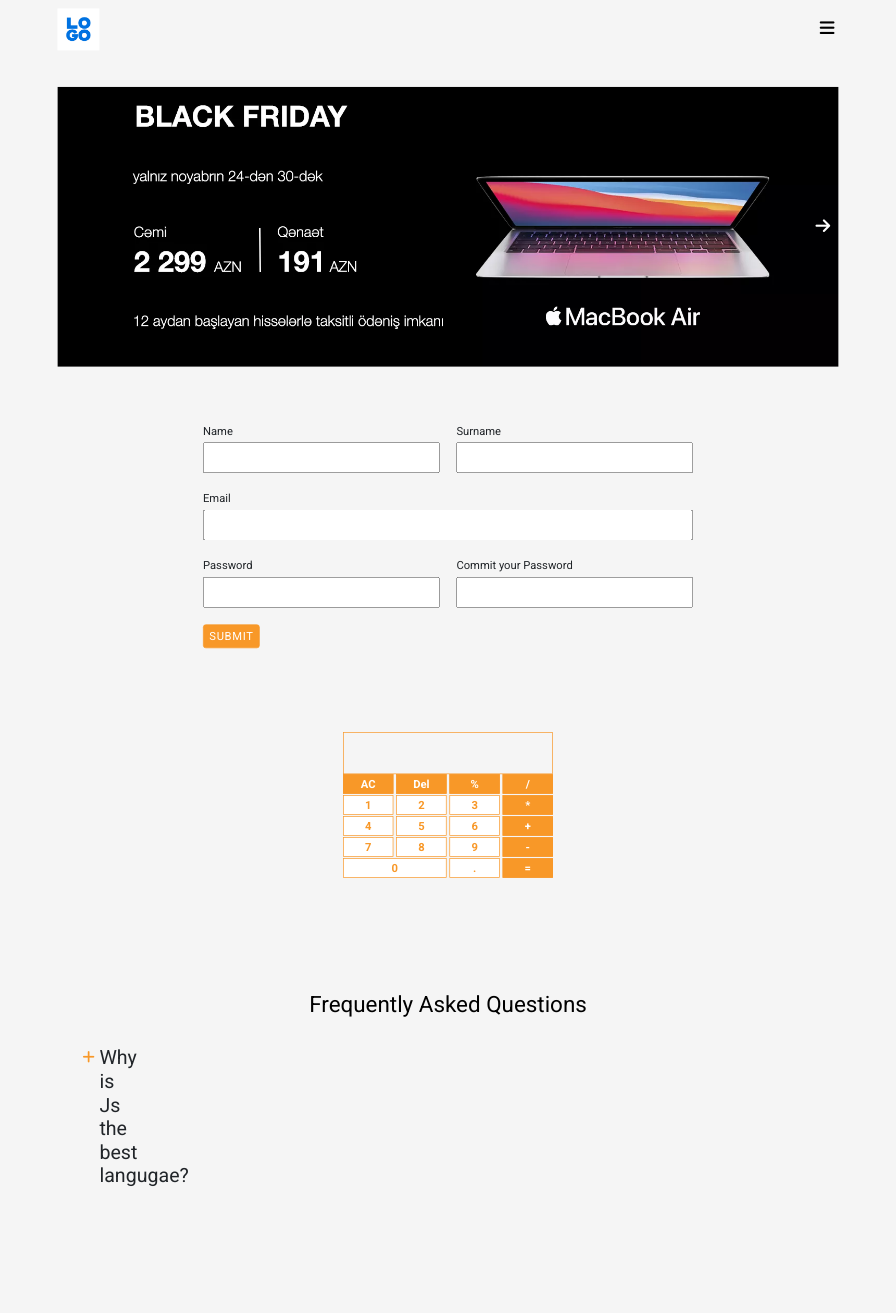
Repository: RamalYusifov7/Custom-components--Core-JavaScript
Page: index.html
These files come from the project's save history. The page is drawn as it stood at one moment and after the next save; the edit follows.
The browser window is 1280 px wide. The pictures show the whole page, at 70% of full size.

Above is the page before, as saved 2023-01-09 12:10:21.

After the next save:
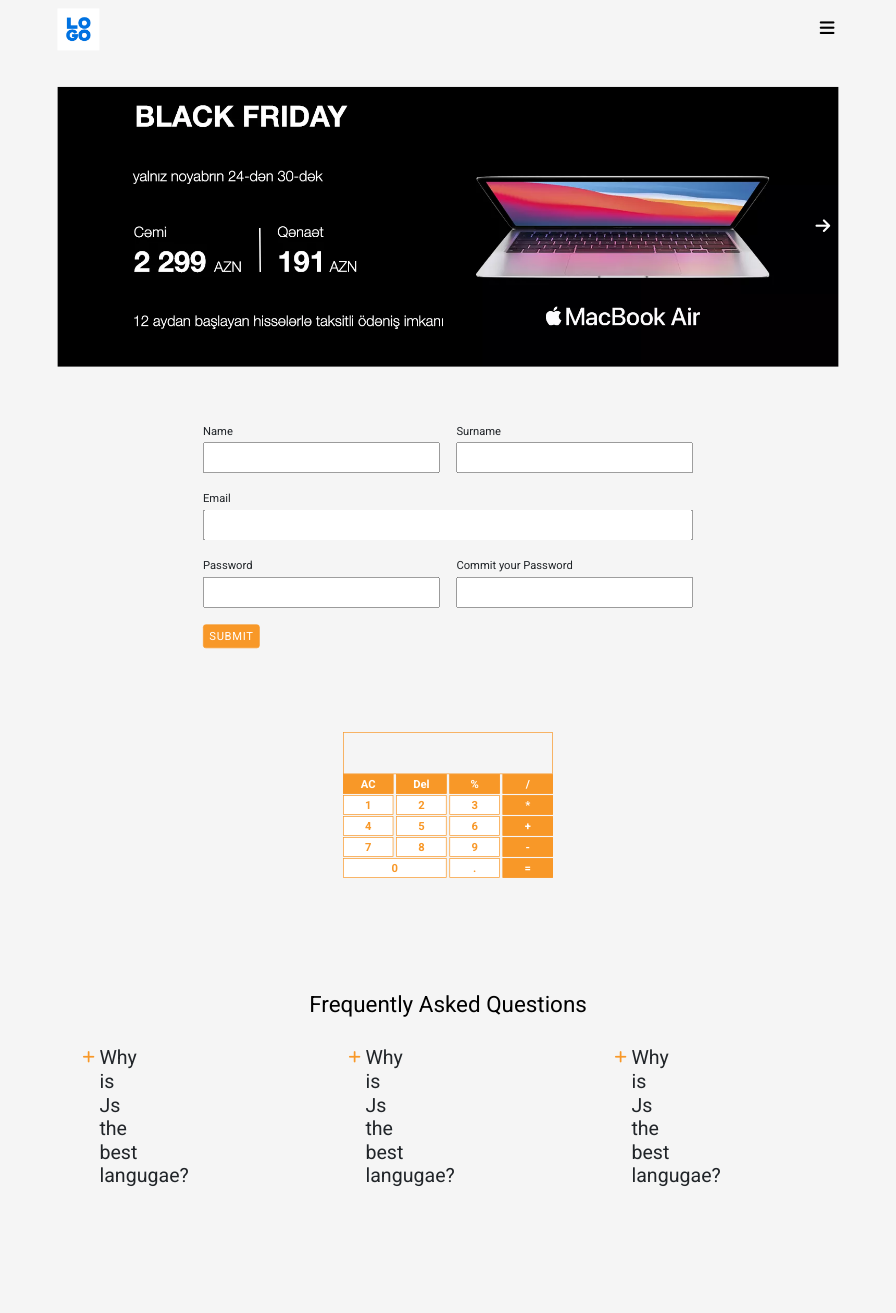
Saved 7 s later.
--- a/index.html
+++ b/index.html
@@ -256,6 +256,48 @@
             </div>
           </div>
         </div>
+        <div class="col-12 col-sm-6 col-lg-4">
+          <div class="single-accordion">
+            <div class="accordion">
+              <div class="accordion-left">
+                <button class="accordion-btn" >
+                   <span class="plus-icon"><i class="fa-solid fa-plus"></i></span>
+                   <span class="minus-icon"><i class="fa-solid fa-minus"></i></span>
+                </button>
+              </div>
+              <div class="accordion-right">
+                <h3 class="accordion-header">Why is Js the best langugae?</h3>
+                <div class="accordion-content">
+                  Lorem ipsum dolor sit amet consectetur adipisicing elit. Nulla, ad
+                  nesciunt? Cumque odio quas eos quibusdam, ipsam at temporibus
+                  molestiae deleniti id esse. Illo doloribus quis accusantium sit
+                  recusandae animi.
+                </div>
+              </div>
+            </div>
+          </div>
+        </div>
+        <div class="col-12 col-sm-6 col-lg-4">
+          <div class="single-accordion">
+            <div class="accordion">
+              <div class="accordion-left">
+                <button class="accordion-btn" >
+                   <span class="plus-icon"><i class="fa-solid fa-plus"></i></span>
+                   <span class="minus-icon"><i class="fa-solid fa-minus"></i></span>
+                </button>
+              </div>
+              <div class="accordion-right">
+                <h3 class="accordion-header">Why is Js the best langugae?</h3>
+                <div class="accordion-content">
+                  Lorem ipsum dolor sit amet consectetur adipisicing elit. Nulla, ad
+                  nesciunt? Cumque odio quas eos quibusdam, ipsam at temporibus
+                  molestiae deleniti id esse. Illo doloribus quis accusantium sit
+                  recusandae animi.
+                </div>
+              </div>
+            </div>
+          </div>
+        </div>
       </div>
     </div>
   </section>
